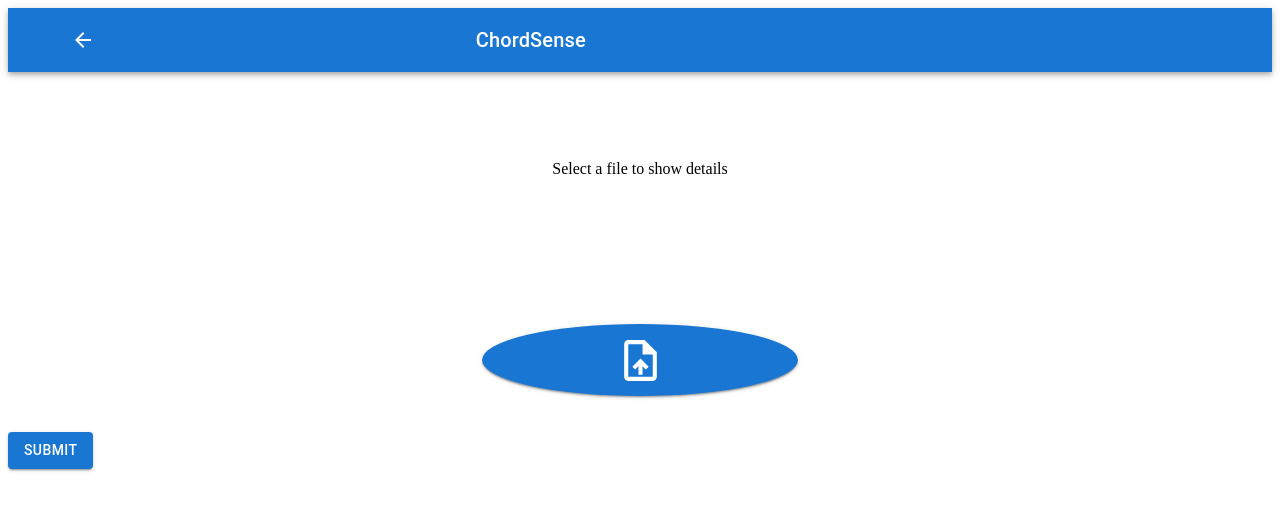
Repository: shamu332/ChordSense
Page: / (app in ui/)
The author's editor kept a copy of each file at every save. The page is drawn from the files as they stood at one save, then again after the next save.
The browser window is 1280 px wide. The pictures show the whole page.
The project was rebuilt for these pictures with package versions that can differ from the ones it lists, and the page was loaded fresh each time. Also part of the build but not shown: ui/src/pages/Results.js.

Above is the page before, as saved 2023-03-11 15:21:11.

After the next save:
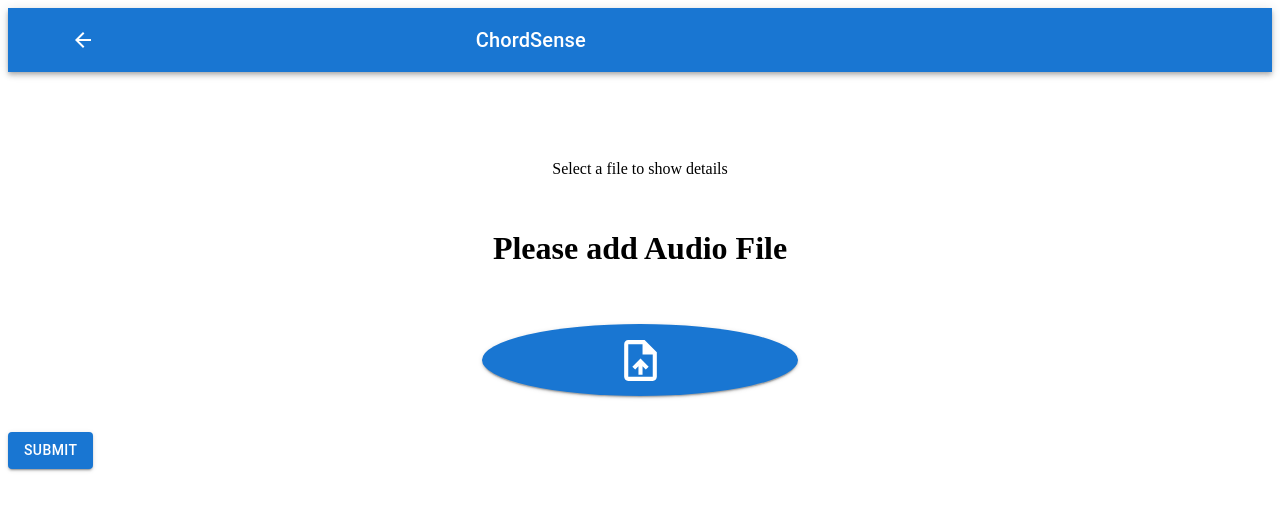
Saved 8 s later.
--- a/ui/src/pages/Landing.js
+++ b/ui/src/pages/Landing.js
@@ -36,6 +36,9 @@ const handleSubmission = () => {
           height: "30vh",
         }}
       >
+        <h1>
+            Please add Audio File
+        </h1>
       </div>
       {loader ? (
         <div
